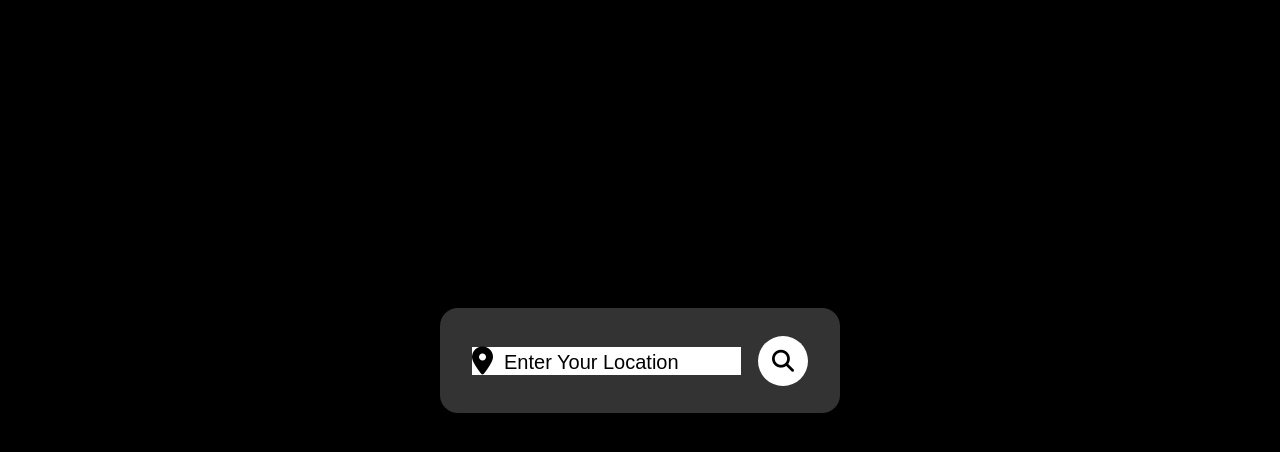
Repository: Pr1s0n3r627/weather
Page: index.html
An editor plug-in stored every save of this project. The page is shown before and after the next save, followed by the edit.
The browser window is 1280 px wide. The pictures show the whole page.
Some web libraries are served in a nearby version.

Above is the page before, as saved 2024-05-19 00:13:22.

After the next save:
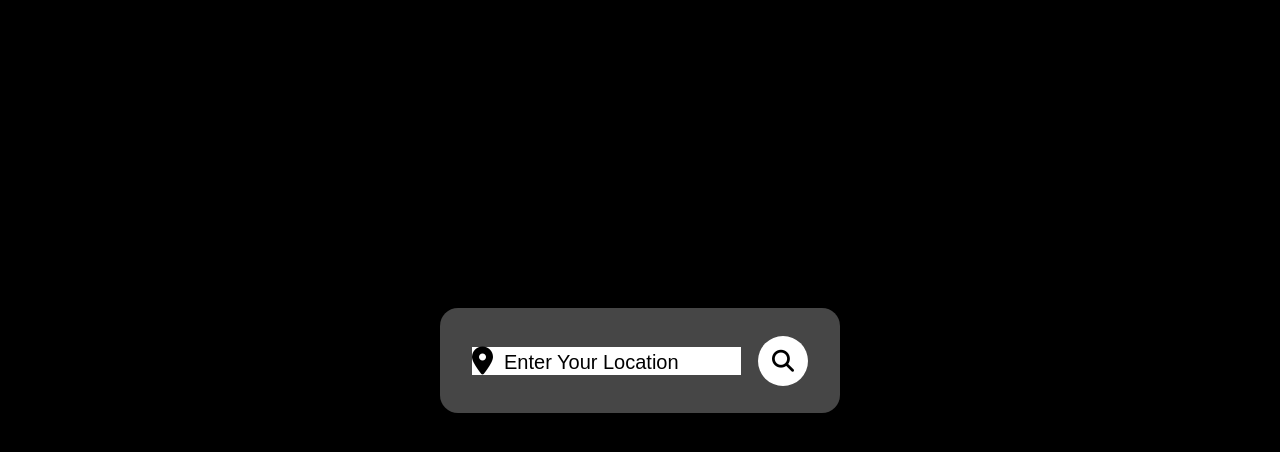
Saved 10 s later.
--- a/style.css
+++ b/style.css
@@ -18,7 +18,7 @@ body{
     position: relative;
     width: 400px;
     height: 105px;
-    background: #343333;
+    background: #464646;
     padding: 28px 32px;
     overflow: hidden;
     border-radius: 18px;
